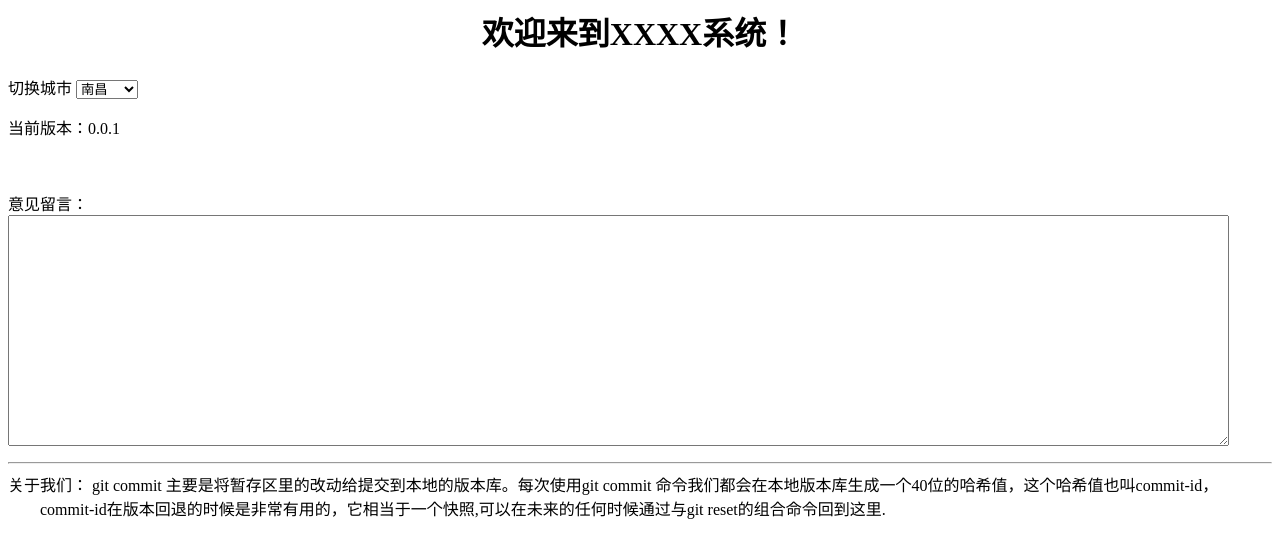
Repository: never-404/Intelligent-recommendation-system
Page: http://localhost/Intelligent-recommendation-system/mine.jsp
These files come from the project's save history. The page is drawn as it stood at one moment and after the next save; the edit follows.
The browser window is 1280 px wide. The pictures show the whole page.
The page is served by Tomcat 9. Nobody is signed in. The application's start-up code is not run.

Above is the page before, as saved 2019-04-12 10:06:16.

After the next save:
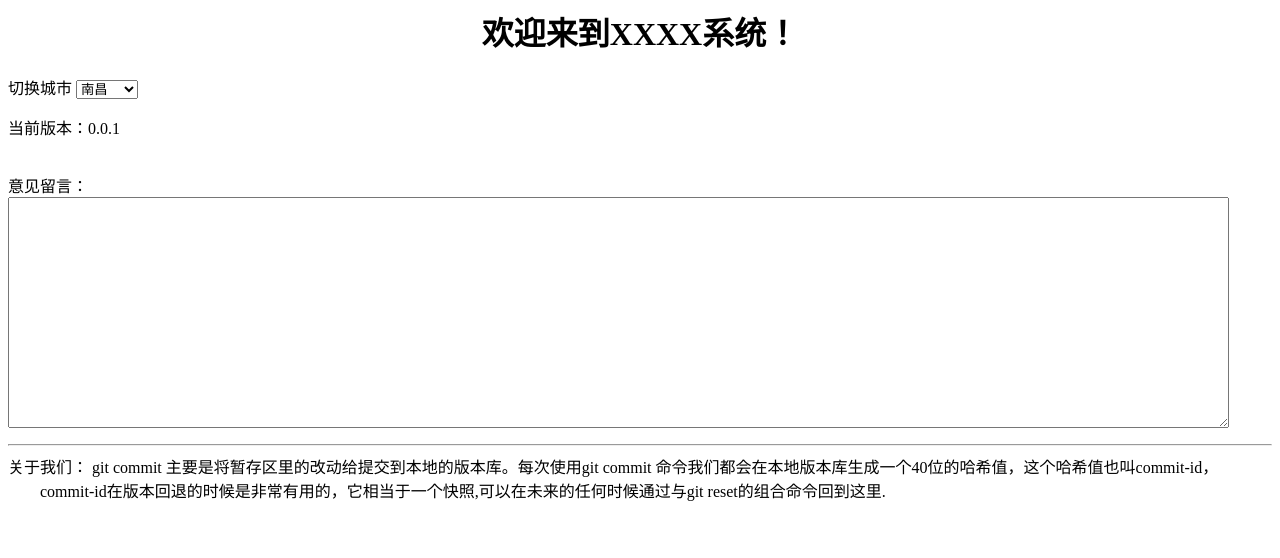
Saved 23 s later.
--- a/Intelligent-recommendation-system/WebRoot/mine.jsp
+++ b/Intelligent-recommendation-system/WebRoot/mine.jsp
@@ -43,10 +43,8 @@
         <br>
         <p>当前版本：0.0.1</p>
         <br>
-    <br>
-
 	<form>
-		意见留言：<br>
+		意见留言：
 		<textarea rows="15" cols="150"></textarea><br>
 	</form>
 	<hr>
